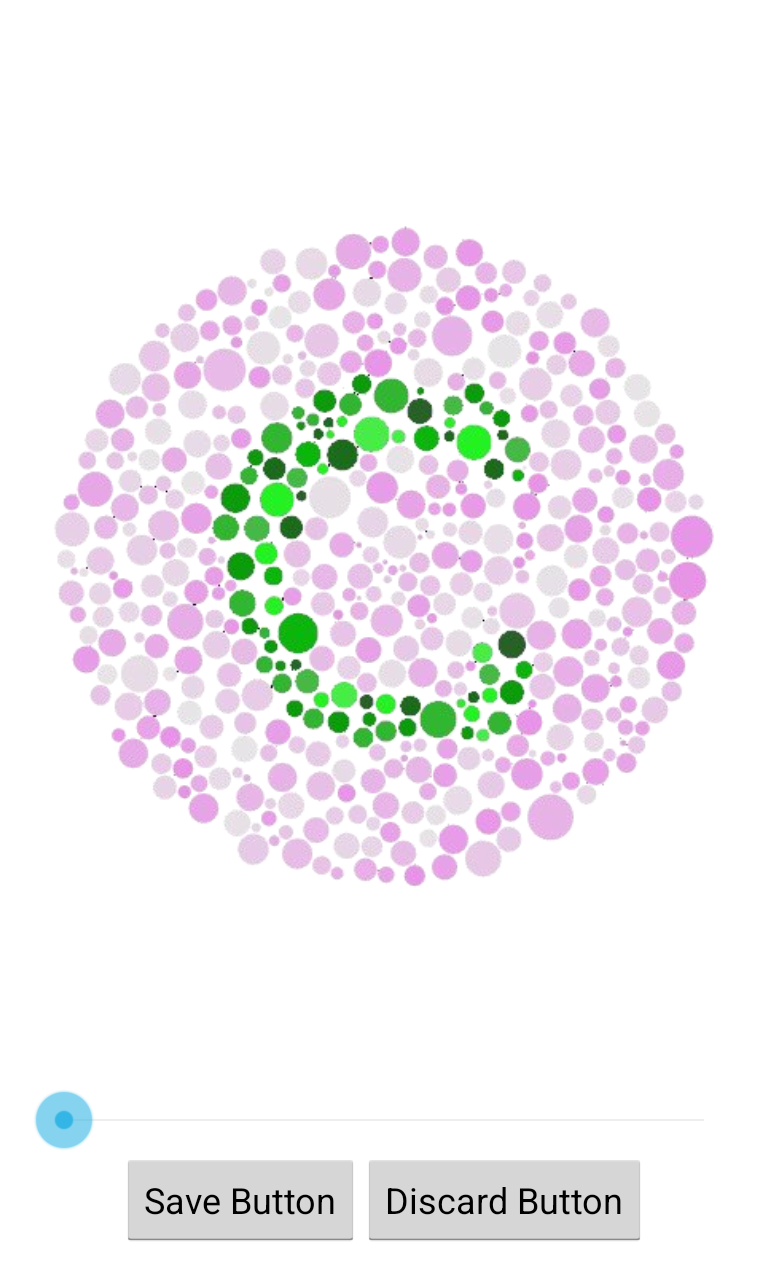
Repository: renatovieira/tcc2013
Layout: TCC/res/layout/activity_filtered_image.xml
An editor plug-in stored every save of this project. The layout is shown before and after the next save, followed by the edit.
It is drawn on a 768 x 1280 px phone screen (xhdpi) without system bars, with theme AppTheme; the app's code is not run.

Above is the layout before, as saved 2013-07-22 00:13:10.

### TCC/res/layout/activity_filtered_image.xml
<RelativeLayout xmlns:android="http://schemas.android.com/apk/res/android"
    xmlns:tools="http://schemas.android.com/tools"
    android:layout_width="match_parent"
    android:layout_height="match_parent"
    android:paddingBottom="@dimen/activity_vertical_margin"
    android:paddingLeft="@dimen/activity_horizontal_margin"
    android:paddingRight="@dimen/activity_horizontal_margin"
    android:paddingTop="@dimen/activity_vertical_margin" >

    <ImageView
        android:id="@+id/filtered_image"
        android:layout_width="match_parent"
        android:layout_height="match_parent"
        android:layout_above="@+id/intensity_bar"
        android:layout_centerHorizontal="true"
        android:src="@drawable/ic_launcher" />

    <SeekBar
        android:id="@+id/intensity_bar"
        android:layout_width="match_parent"
        android:layout_height="wrap_content"
        android:layout_above="@+id/linearLayout1"
        android:layout_centerHorizontal="true" />

    <LinearLayout
        android:id="@+id/linearLayout1"
        android:layout_width="wrap_content"
        android:layout_height="wrap_content"
        android:layout_alignParentBottom="true"
        android:layout_centerHorizontal="true" >

        <Button
            android:id="@+id/save_button"
            android:layout_width="wrap_content"
            android:layout_height="wrap_content"
            android:text="@string/save_button" />

        <Button
            android:id="@+id/discard_button"
            android:layout_width="wrap_content"
            android:layout_height="wrap_content"
            android:text="@string/discard_button" />
    </LinearLayout>
</RelativeLayout>

### TCC/res/values/strings.xml
<?xml version="1.0" encoding="utf-8"?>
<resources>

    <string name="app_name">TCC</string>
    <string name="action_settings">Settings</string>

	<!--     FilterActivity -->
    <string name="live_mode">Continuous Mode</string>
    <string name="from_gallery">From Gallery</string>
    <string name="from_camera">From Picture</string>

	<!--     Filtered Image Activity -->
    <string name="save_button">Save Button</string>
    <string name="discard_button">Discard Button</string>

</resources>

Loaded but not shown: TCC/res/values/styles.xml (common file); TCC/res/values-v11/styles.xml (common file); TCC/res/values-v14/styles.xml (common file); TCC/res/values/dimens.xml (common file)

After the next save:
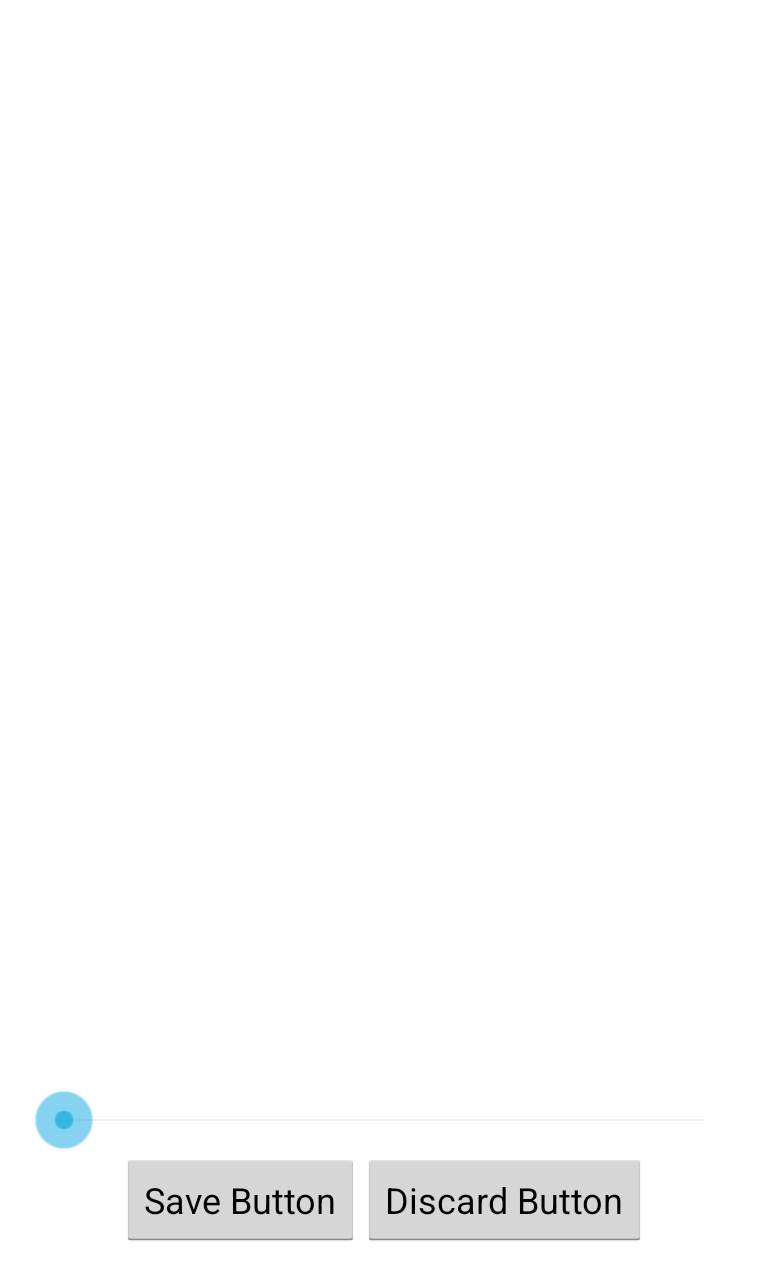
Saved 9 min 58 s later.
--- a/TCC/res/layout/activity_filtered_image.xml
+++ b/TCC/res/layout/activity_filtered_image.xml
@@ -12,8 +12,7 @@
         android:layout_width="match_parent"
         android:layout_height="match_parent"
         android:layout_above="@+id/intensity_bar"
-        android:layout_centerHorizontal="true"
-        android:src="@drawable/ic_launcher" />
+        android:layout_centerHorizontal="true"/>
 
     <SeekBar
         android:id="@+id/intensity_bar"
